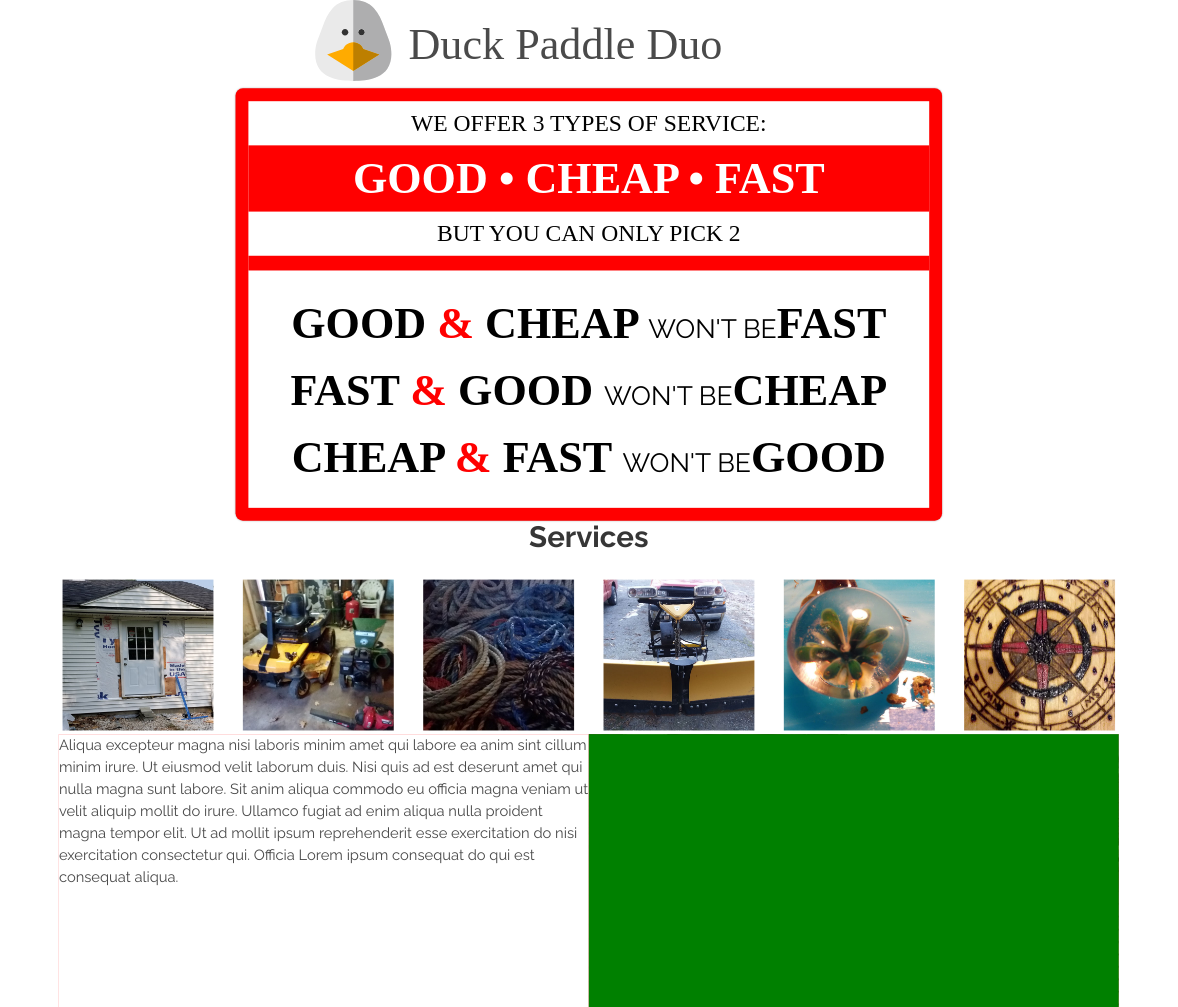
Repository: toddmcbrearty/duckpaddleduo
Page: /
The author's editor kept a copy of each file at every save. The page is drawn from the files as they stood at one save, then again after the next save.
The browser window is 1280 px wide. The pictures show the whole page, at 92% of full size.
Some web fonts or font styles are not loaded; a fallback is used. The project was rebuilt for these pictures with package versions that can differ from the ones it lists, and the page was loaded fresh each time.

Above is the page before, as saved 2018-12-12 10:19:55.

### index.html
<!DOCTYPE html>
<html>
  <head>
    <meta charset="utf-8">
    <meta name="viewport" content="width=device-width,initial-scale=1.0">
    <title>duckpaddleduo</title>
  </head>
  <body>
    <div id="app"></div>
    <!-- built files will be auto injected -->
  </body>
</html>

### src/App.vue
<template>
  <div>
    <logo/>
    <call-board class="container"/>
    <services class="container"/>
    <hero-section class="container" section="construction"/>
  </div>
</template>

<script>
import CallBoard from "./components/CallBoard";
import Logo from "./components/Logo";
import Services from "./components/Services";
import HeroSection from "./components/HeroSection";

export default {
  name: "App",

  components: { CallBoard, Logo, Services, HeroSection }
};
</script>

<style lang="scss">
@import "./assets/scss/bootstrap.scss";

.hero-items {
  display: flex;
  flex-direction: column;
}
</style>

### src/router/index.js
import Vue from 'vue';
import Router from 'vue-router';
import Services from '@/components/Services';

Vue.use(Router);

export default new Router({
  routes: [
    {
      path: '/',
      name: 'Services',
      component: Services,
    },
  ],
});

### src/assets/scss/bootstrap.scss
@import './variables';
@import 'bulma/bulma.sass';
@import url('https://fonts.googleapis.com/css?family=Condiment|Delius+Unicase:400,700|Raleway:300,400,700|Source+Sans+Pro:300,400,700');

@mixin font-condiment {
  font-family: 'Condiment', cursive;
}

@mixin font-delius {
  font-family: 'Delius Unicase', cursive;
}

@mixin font-source-sans {
  font-family: 'Source Sans Pro', sans-serif;
}

@mixin raleway {
  font-family: 'raleway', sans-serif;
}

.raleway {
  @include raleway;
}

.font-condiment {
  @include font-condiment;
}

.font-delius {
  @include font-delius;
}

.font-source-sans {
  @include font-source-sans;
}

body {
  @include raleway;
  font-size: 300;
}

### src/assets/scss/_variables.scss
// SASS style sheet */
// Palette color codes */
// Palette URL: http://paletton.com/#uid=7000u0kwi++bu++hX++++rd++kX */

// Feel free to copy&paste color codes to your application */

// As hex codes */

$primary-0: #ff0000; // Main Primary color */
$color-primary-1: #ffa4a4;
$primary: #ff7070;
$color-primary-3: #d90000;
$color-primary-4: #a70000;

$warning: #ff7400; // Main Secondary color (1) */
$color-secondary-1-1: #ffcda4;
$color-secondary-1-2: #ffb170;
$color-secondary-1-3: #d96200;
$color-secondary-1-4: #a74c00;

$link: #00ffff; // Main Secondary color (2) */
$color-secondary-2-1: #a4ffff;
$color-secondary-2-2: #70ffff;
$color-secondary-2-3: #008282;
$color-secondary-2-4: #006464;

$success: #00ff00; // Main Complement color */
$color-complement-1: #a4ffa4;
$color-complement-2: #70ff70;
$color-complement-3: #00ad00;
$color-complement-4: #008500;

// As RGBa codes */

$rgba-primary-0: rgba(255, 0, 0, 1); // Main Primary color */
$rgba-primary-1: rgba(255, 164, 164, 1);
$rgba-primary-2: rgba(255, 112, 112, 1);
$rgba-primary-3: rgba(217, 0, 0, 1);
$rgba-primary-4: rgba(167, 0, 0, 1);

$rgba-secondary-1-0: rgba(255, 116, 0, 1); // Main Secondary color (1) */
$rgba-secondary-1-1: rgba(255, 205, 164, 1);
$rgba-secondary-1-2: rgba(255, 177, 112, 1);
$rgba-secondary-1-3: rgba(217, 98, 0, 1);
$rgba-secondary-1-4: rgba(167, 76, 0, 1);

$rgba-secondary-2-0: rgba(0, 255, 255, 1); // Main Secondary color (2) */
$rgba-secondary-2-1: rgba(164, 255, 255, 1);
$rgba-secondary-2-2: rgba(112, 255, 255, 1);
$rgba-secondary-2-3: rgba(0, 130, 130, 1);
$rgba-secondary-2-4: rgba(0, 100, 100, 1);

$rgba-complement-0: rgba(0, 255, 0, 1); // Main Complement color */
$rgba-complement-1: rgba(164, 255, 164, 1);
$rgba-complement-2: rgba(112, 255, 112, 1);
$rgba-complement-3: rgba(0, 173, 0, 1);
$rgba-complement-4: rgba(0, 133, 0, 1);

// Generated by Paletton.com © 2002-2014 */
// http://paletton.com */

### src/components/CallBoard.vue
<template>
  <div class="call-board is-flex" :class="pos">
    <div class="board">
      <div class="content">
        <div class="top has-text-centered">
          <div class="call-title">We offer 3 types of service:</div>
          <div class="g-c-f font-delius">GOOD • CHEAP • FAST</div>
          <div class="call-title">But you can only pick 2</div>
        </div>
        <div class="call-tag">
          <div class="has-text-centered">
            <span class="call">
              Good
              <span class="amper"></span> Cheap
            </span>
            <span class="to">won't be</span>
            <span class="action">Fast</span>
          </div>
          <div class="has-text-centered">
            <span class="call">
              Fast
              <span class="amper"></span> Good
            </span>
            <span class="to">won't be</span>
            <span class="action">Cheap</span>
          </div>
          <div class="has-text-centered">
            <span class="call">
              Cheap
              <span class="amper"></span> Fast
            </span>
            <span class="to">won't be</span>
            <span class="action">Good</span>
          </div>
        </div>
      </div>
    </div>
  </div>
</template>

<script>
export default {
  name: "CallBoard",

  props: {
    position: {
      default: "centered"
    }
  },

  data() {
    return {
      pos: ""
    };
  },

  created() {
    this.pos = this.position;
  }
};
</script>

<style lang="scss" >
@import "../assets/scss/bootstrap.scss";

.call-board {
  justify-content: flex-start;

  &.right {
    justify-content: flex-end !important;
  }
  &.centered {
    justify-content: center !important;
  }
  color: black;

  .board {
    box-shadow: 0 0 2px rgb(160, 160, 160);
    border-radius: 8px;
    width: 16em;
    background: red;
    border-radius: 8px;
    padding: 0.3em;
    text-transform: uppercase;
    font-size: 3em;
    border: 3px white;

    .call-title {
      @include font-delius;
      font-size: 1.6rem;
      padding: 0.3rem 0;
    }

    .call-tag {
      padding: 1.2rem 0;
      border-top: 1rem solid red;
    }

    .content {
      background: white;
    }

    .g-c-f {
      font-weight: 700;
      background: red;
      color: white;
    }

    .call,
    .action {
      @include font-delius;
      font-weight: 700;
    }

    .to {
      font-size: 0.6em;
    }

    .amper {
      &::after {
        content: "&";
        color: red;
      }
    }
  }
}
</style>

### src/components/Logo.vue
<template>
  <div class="logo is-flex" :class="pos">
    <span class="title-container is-flex">
      <figure class="logo-image">
        <img src="../assets/images/duck-head.svg" class="logo-image">
      </figure>
      <span class="logo-title">Duck Paddle Duo</span>
    </span>
  </div>
</template>

<script>
export default {
  name: "Logo",

  props: {
    position: {
      default: "centered"
    }
  },

  data() {
    return {
      pos: ""
    };
  },

  created() {
    this.pos = this.position;
  }
};
</script>

<style lang="scss" scoped>
@import "../assets/scss/bootstrap.scss";

.logo {
  justify-content: flex-start;

  &.right {
    justify-content: flex-end !important;
  }
  &.centered {
    justify-content: center !important;
  }
  .title-container {
    flex: 0 0 600px;
    $img-size: 6em;
    $gap: 0.5em;
    align-content: center;

    .logo-image {
      margin-right: $gap;
    }

    .logo-title {
      align-content: center;

      @include font-delius;
      font-size: 3rem;
      letter-spacing: normal;
      margin-bottom: 0;
      padding-bottom: 0;
    }

    figure {
      width: $img-size;
      height: $img-size;
    }
  }
}
</style>

### src/components/Services.vue
<template>
  <section class="is-flex service-container">
    <div class="title has-text-centered">Services</div>
    <div class="columns services">
      <div class="is-2 service" v-for="service in services" :key="service.name">
        <figure class="image is-square">
          <figcaption v-text="service.name"></figcaption>
          <img class :src="`../../static/images/services/${service.image}`">
        </figure>
      </div>
    </div>
  </section>
</template>

<script>
import store from "../store.js";

export default {
  name: "Services",

  data() {
    return {
      services: store.services
    };
  }
};
</script>

<style lang="scss">
@import "../assets/scss/bootstrap.scss";
.service-container {
  flex-direction: column;

  .title {
    text-transform: capitalize;
  }

  .services {
    justify-content: center;

    .service {
      $image-size: 164px;

      padding: 1em;

      .image {
        width: $image-size;
        height: $image-size;

        figcaption {
          text-align: center;
          text-transform: capitalize;
          padding: 0.3em 0;
        }
      }
    }
  }
}
</style>

### src/components/HeroSection.vue
<template>
  <div class="hero-section is-flex" :class="{'reversed': isReversed}">
    <div class="text" v-html="getText"></div>
    <div class="image-container">
      <div class="image-overlay"></div>
      <figure class="image">
        <img :src="getImage">
      </figure>
    </div>
  </div>
</template>

<script>
import store from "../store.js";

export default {
  name: "HeroSection",

  props: ["section", "reversed"],

  data() {
    return {
      services: store.services,
      isReversed: false
    };
  },

  computed: {
    getText() {
      const service = this.services.filter(
        service => service.name === this.section
      );

      return service[0].description;
    },
    getImage() {
      const service = this.services.filter(
        service => service.name === this.section
      );

      return `../../static/images/services/${service[0].image}`;
    }
  }
};
</script>

<style lang="scss" scoped>
.hero-section {
  background: red;
  height: 300px;

  .text {
    background: white;
    flex: 0 0 50%;
  }

  .image-container {
    position: relative;

    .image-overlay {
      position: absolute;
      left: 0;
      top: 0;
      width: 100%;
      height: 300px;
      background: green;
      z-index: 2;
    }

    .image {
      z-index: 1;
      flex: 0 0 50%;
      width: 100%;
      height: 100%;
      overflow: hidden;

      $angle: -10deg;

      img {
        width: 100%;
        height: auto;
      }
    }
  }
}
.reversed {
  flex-direction: row-reverse;
}
</style>

### src/store.js
const store = {
  company: {
    logo: 'duck-head.svg',
    tag: 'We can do anything!',
    name: 'Duck Puddle Duo',
    abbr: 'DPD',
    address: '52 Duck Puddle RD',
    city: 'Nobleboro',
    state: 'ME',
    postalcode: '04555',
    phoneNumbers: ['207 624 1147', '207 624 1847'],
    email: {
      primary: 'duckpuddleduo@gmail.com',
    },
  },
  services: [
    {
      name: 'construction',
      image: 'construction.jpg',
      description:
        'Aliqua excepteur magna nisi laboris minim amet qui labore ea anim sint cillum minim irure. Ut eiusmod velit laborum duis. Nisi quis ad est deserunt amet qui nulla magna sunt labore. Sit anim aliqua commodo eu officia magna veniam ut velit aliquip mollit do irure. Ullamco fugiat ad enim aliqua nulla proident magna tempor elit. Ut ad mollit ipsum reprehenderit esse exercitation do nisi exercitation consectetur qui. Officia Lorem ipsum consequat do qui est consequat aliqua.',
      breakdown: [
        'Custom Carpentry',
        'Masonry',
        'Roofing',
        'Decks',
        'Remodeling',
        'Plumbing',
        'Honey-do list',
      ],
    },
    {
      name: 'mechanical',
      image: 'mechanical.jpg',
      description:
        'Nulla ea aliqua ea id dolor dolor Lorem. Consectetur ullamco aliqua excepteur in pariatur id pariatur eu. Sunt elit id minim ad incididunt consectetur excepteur aute minim Lorem proident. Voluptate eu ex aliquip eiusmod dolor laborum amet laborum enim anim aliqua nulla magna.',
      breakdown: [
        'Service and repair of snowblowers',
        'generators',
        'log splitters',
        'weed wackers',
        'lawnmowers',
        'tractors',
        'heavy equipment and more. We also offer fabrication welding',
      ],
    },
    {
      name: 'rope/sewing',
      image: 'rope.jpg',
      description:
        'Dolor qui officia culpa magna consequat veniam duis culpa labore magna aliqua do tempor non. Esse commodo pariatur sunt reprehenderit ipsum non. Irure non mollit proident nulla tempor fugiat velit culpa.',
      breakdown: ['Custom Fyke nets', 'lobster rope doormats'],
    },
    {
      name: 'property management',
      image: 'property-management.jpg',
      description:
        'Pariatur aliquip do aliquip reprehenderit consequat proident elit in. Laboris commodo elit consectetur culpa esse enim ea non fugiat id eu aute ipsum commodo. Proident laboris incididunt veniam adipisicing duis ex.',
    },
    {
      name: 'glass',
      image: 'glass.jpg',
      description:
        'Nulla ullamco eiusmod cupidatat dolor ex ea. Consequat pariatur laborum velit nulla ad et sunt nulla aliquip. In officia qui culpa enim reprehenderit et ipsum excepteur minim sint sint. Tempor exercitation do dolore aliqua qui anim laborum magna.',
      breakdown: [
        'Lampwork-handmade beads',
        'pendants',
        'wine stoppers',
        'ornaments',
        'cremation pendants',
        'window hangers and more. If you can dream it',
        'we can make it… Stained Glass- custom designs made to order',
      ],
    },
    {
      name: 'woodburning',
      image: 'wood-burning.jpg',
      description:
        'Ex minim adipisicing laborum culpa est. Lorem irure qui velit officia laboris. Esse eiusmod tempor amet anim proident.',
      breakdown: ['Custom signs made to order in any shape or size.'],
    },
  ],

  employees: {
    owners: ['Lawrence Friend Jr.', 'Emerald Friend'],
  },
};

export default store;

Loaded but not shown: src/main.js (common file)

After the next save:
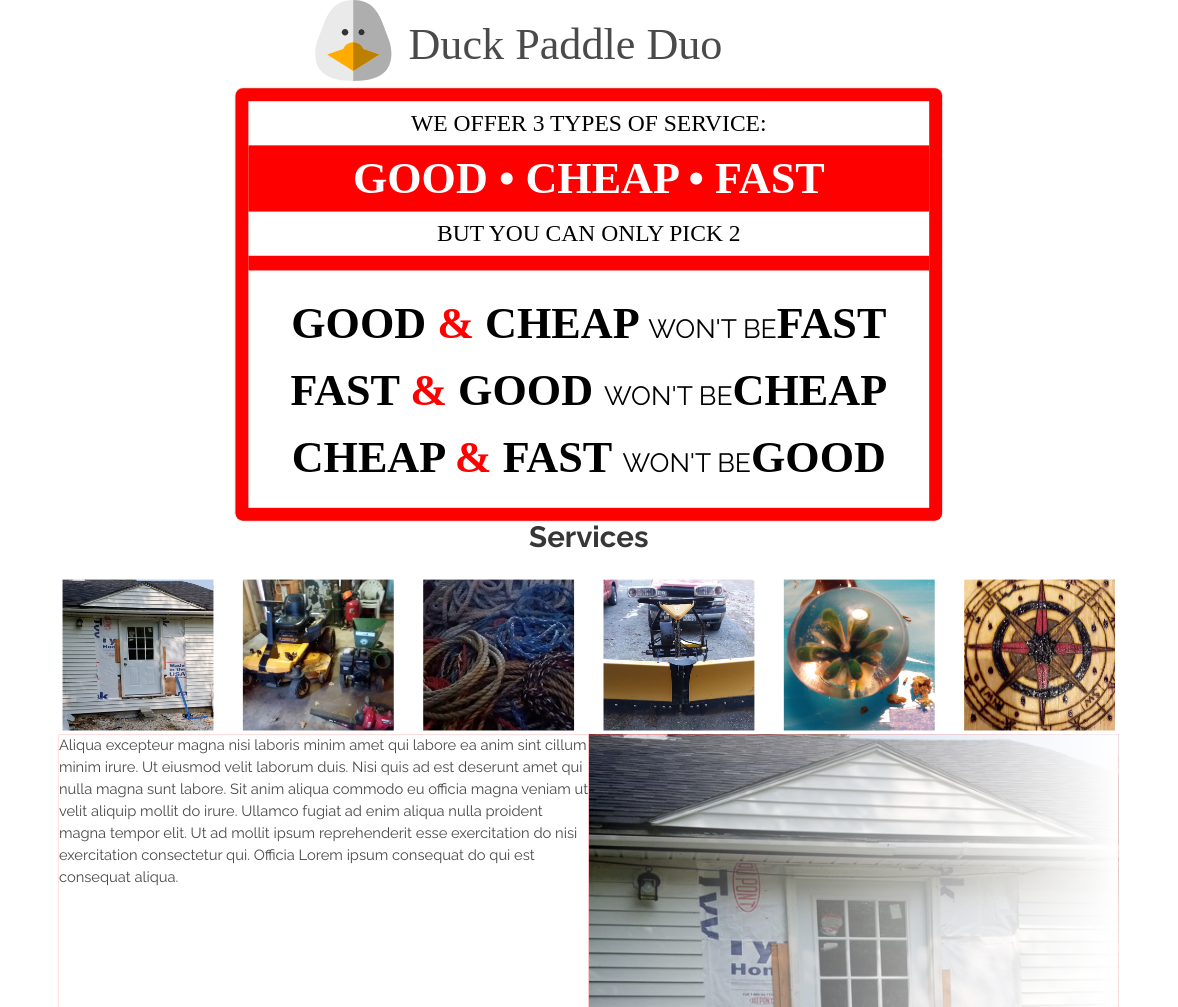
Saved 15 s later.
--- a/src/components/HeroSection.vue
+++ b/src/components/HeroSection.vue
@@ -63,7 +63,7 @@
       top: 0;
       width: 100%;
       height: 300px;
-      background: green;
+      background-image: linear-gradient(to right, transparent, white);
       z-index: 2;
     }
 
